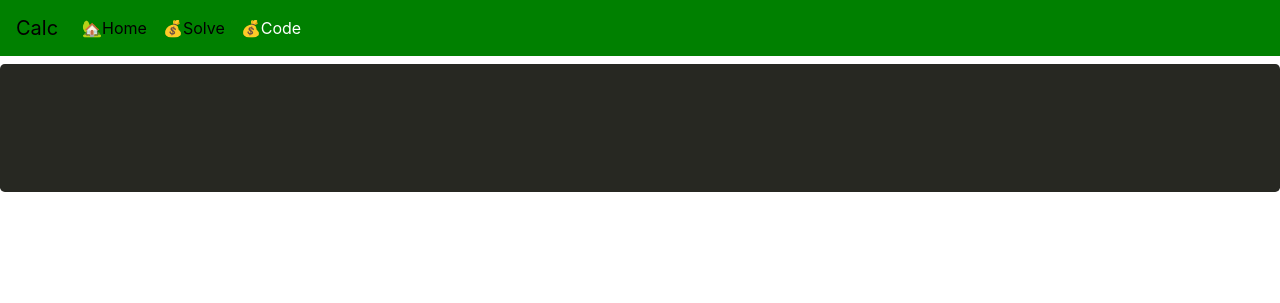
Repository: zhadjah9559/MortgageManager
Page: code.html
An editor plug-in stored every save of this project. The page is shown before and after a run of saves, followed by the edit.
The browser window is 1280 px wide. The pictures show the whole page.

Above is the page before, as saved 2021-01-17 14:14:50.

After the next 3 saves:
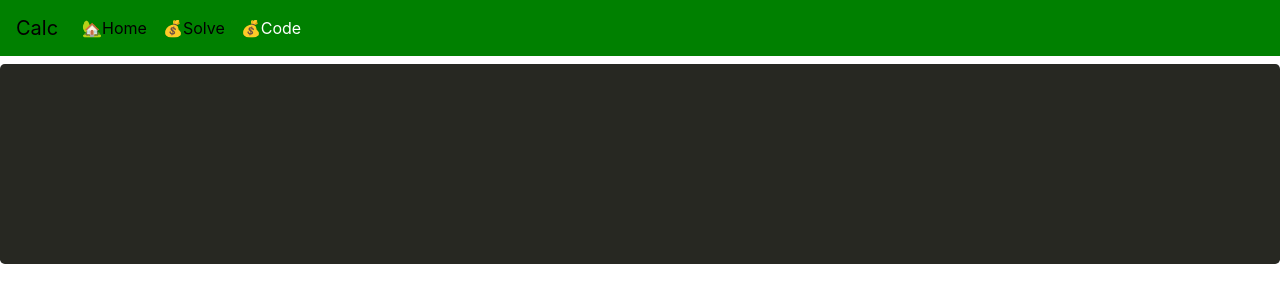
The 3 saves are shown as one change because they came seconds apart.
The last was saved 10 s later.
--- a/code.html
+++ b/code.html
@@ -32,7 +32,10 @@
         </div>
     </nav>
 
-    <pre>        <code class="language-js">
+    <pre>
+        <code class="language-js">
+
+
 
         </code>
     </pre>
